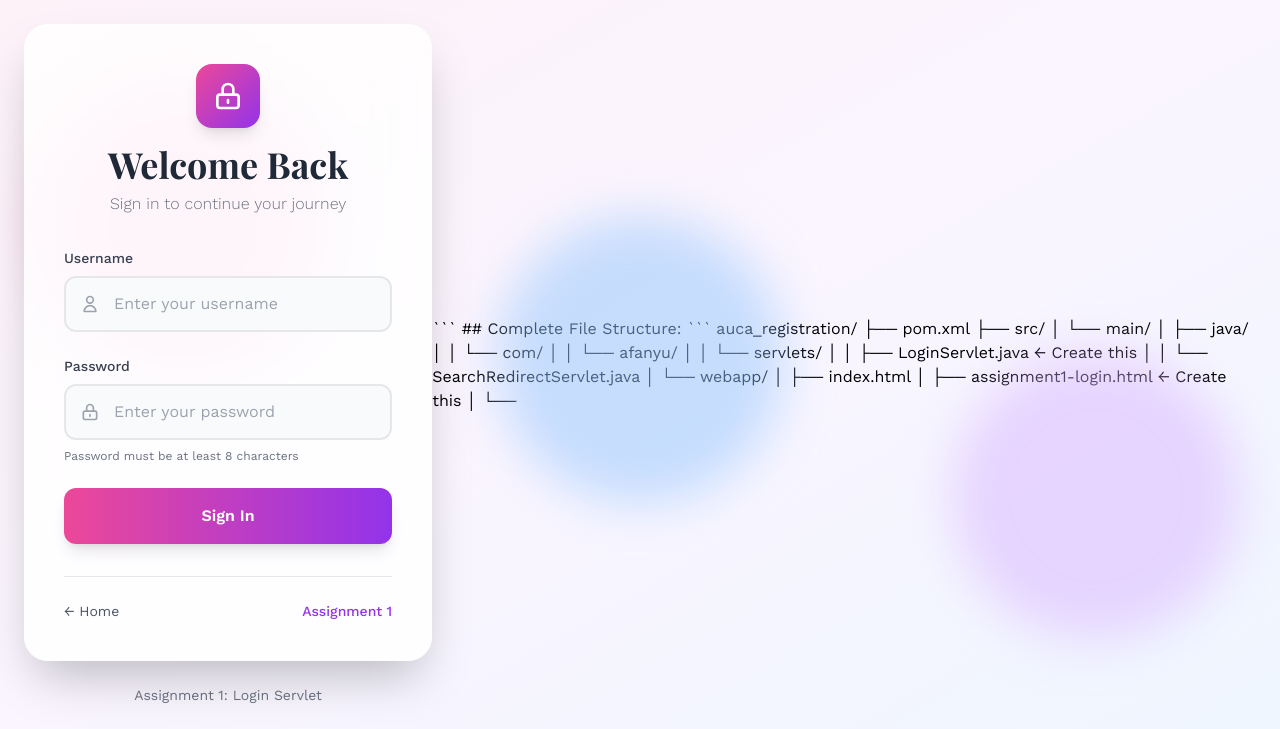
Repository: NuyuIkirezi/web-tech-ass2
Page: src/main/webapp/assignment1-login.html
These files come from the project's save history. The page is drawn as it stood at one moment and after the next save; the edit follows.
The browser window is 1280 px wide. The pictures show the whole page.
Some web libraries are served in a nearby version.

Above is the page before, as saved 2026-02-02 12:54:55.

### src/main/webapp/assignment1-login.html
<!DOCTYPE html>
<html lang="en">
<head>
    <meta charset="UTF-8">
    <meta name="viewport" content="width=device-width, initial-scale=1.0">
    <title>Login - Assignment 1</title>
    <script src="https://cdn.tailwindcss.com"></script>
    <link rel="preconnect" href="https://fonts.googleapis.com">
    <link rel="preconnect" href="https://fonts.gstatic.com" crossorigin>
    <link href="https://fonts.googleapis.com/css2?family=Playfair+Display:wght@700;900&family=Work+Sans:wght@300;400;500;600&display=swap" rel="stylesheet">
    <style>
        body {
            font-family: 'Work Sans', sans-serif;
        }
        h1, h2 {
            font-family: 'Playfair Display', serif;
        }
        .gradient-border {
            background: linear-gradient(white, white) padding-box,
                        linear-gradient(135deg, #ec4899, #8b5cf6) border-box;
            border: 2px solid transparent;
        }
    </style>
</head>
<body class="min-h-screen bg-gradient-to-br from-pink-50 via-purple-50 to-blue-50 flex items-center justify-center p-6">

    <!-- Animated background elements -->
    <div class="fixed inset-0 overflow-hidden pointer-events-none">
        <div class="absolute top-20 left-10 w-72 h-72 bg-pink-300 rounded-full mix-blend-multiply filter blur-xl opacity-20 animate-pulse"></div>
        <div class="absolute bottom-20 right-10 w-72 h-72 bg-purple-300 rounded-full mix-blend-multiply filter blur-xl opacity-20 animate-pulse delay-700"></div>
        <div class="absolute top-1/2 left-1/2 transform -translate-x-1/2 -translate-y-1/2 w-72 h-72 bg-blue-300 rounded-full mix-blend-multiply filter blur-xl opacity-20 animate-pulse delay-500"></div>
    </div>

    <div class="relative w-full max-w-md">
        <!-- Main login card -->
        <div class="bg-white/80 backdrop-blur-xl rounded-3xl shadow-2xl p-8 md:p-10 transform transition-all duration-500 hover:shadow-pink-200/50">

            <!-- Header -->
            <div class="text-center mb-8">
                <div class="inline-flex items-center justify-center w-16 h-16 bg-gradient-to-br from-pink-500 to-purple-600 rounded-2xl mb-4 shadow-lg">
                    <svg class="w-8 h-8 text-white" fill="none" stroke="currentColor" viewBox="0 0 24 24">
                        <path stroke-linecap="round" stroke-linejoin="round" stroke-width="2" d="M12 15v2m-6 4h12a2 2 0 002-2v-6a2 2 0 00-2-2H6a2 2 0 00-2 2v6a2 2 0 002 2zm10-10V7a4 4 0 00-8 0v4h8z"/>
                    </svg>
                </div>
                <h1 class="text-4xl font-bold text-gray-800 mb-2">Welcome Back</h1>
                <p class="text-gray-500 font-light">Sign in to continue your journey</p>
            </div>

            <!-- Login Form -->
            <form action="LoginServlet" method="post" class="space-y-6">

                <!-- Username Field -->
                <div class="group">
                    <label for="username" class="block text-sm font-medium text-gray-700 mb-2 transition-colors group-focus-within:text-purple-600">
                        Username
                    </label>
                    <div class="relative">
                        <div class="absolute inset-y-0 left-0 pl-4 flex items-center pointer-events-none">
                            <svg class="h-5 w-5 text-gray-400 group-focus-within:text-purple-500 transition-colors" fill="none" stroke="currentColor" viewBox="0 0 24 24">
                                <path stroke-linecap="round" stroke-linejoin="round" stroke-width="2" d="M16 7a4 4 0 11-8 0 4 4 0 018 0zM12 14a7 7 0 00-7 7h14a7 7 0 00-7-7z"/>
                            </svg>
                        </div>
                        <input
                            type="text"
                            id="username"
                            name="username"
                            required
                            class="w-full pl-12 pr-4 py-3.5 bg-gray-50 border-2 border-gray-200 rounded-xl text-gray-900 placeholder-gray-400 focus:outline-none focus:border-purple-500 focus:bg-white transition-all duration-200"
                            placeholder="Enter your username"
                        >
                    </div>
                </div>

                <!-- Password Field -->
                <div class="group">
                    <label for="password" class="block text-sm font-medium text-gray-700 mb-2 transition-colors group-focus-within:text-purple-600">
                        Password
                    </label>
                    <div class="relative">
                        <div class="absolute inset-y-0 left-0 pl-4 flex items-center pointer-events-none">
                            <svg class="h-5 w-5 text-gray-400 group-focus-within:text-purple-500 transition-colors" fill="none" stroke="currentColor" viewBox="0 0 24 24">
                                <path stroke-linecap="round" stroke-linejoin="round" stroke-width="2" d="M12 15v2m-6 4h12a2 2 0 002-2v-6a2 2 0 00-2-2H6a2 2 0 00-2 2v6a2 2 0 002 2zm10-10V7a4 4 0 00-8 0v4h8z"/>
                            </svg>
                        </div>
                        <input
                            type="password"
                            id="password"
                            name="password"
                            required
                            class="w-full pl-12 pr-4 py-3.5 bg-gray-50 border-2 border-gray-200 rounded-xl text-gray-900 placeholder-gray-400 focus:outline-none focus:border-purple-500 focus:bg-white transition-all duration-200"
                            placeholder="Enter your password"
                        >
                    </div>
                    <p class="mt-2 text-xs text-gray-500">Password must be at least 8 characters</p>
                </div>

                <!-- Submit Button -->
                <button
                    type="submit"
                    class="w-full bg-gradient-to-r from-pink-500 to-purple-600 text-white font-semibold py-4 px-6 rounded-xl shadow-lg hover:shadow-xl hover:from-pink-600 hover:to-purple-700 transform transition-all duration-200 hover:scale-[1.02] active:scale-[0.98] focus:outline-none focus:ring-4 focus:ring-purple-300"
                >
                    Sign In
                </button>

            </form>

            <!-- Footer Links -->
            <div class="mt-8 pt-6 border-t border-gray-200">
                <div class="flex items-center justify-between text-sm">
                    <a href="index.html" class="text-gray-600 hover:text-purple-600 transition-colors">← Home</a>
                    <a href="#" class="text-purple-600 hover:text-purple-700 font-medium transition-colors">Assignment 1</a>
                </div>
            </div>

        </div>

        <!-- Decorative element -->
        <div class="mt-6 text-center">
            <p class="text-sm text-gray-500">Assignment 1: Login Servlet</p>
        </div>
    </div>

</body>
</html>
```

## Complete File Structure:
```
auca_registration/
├── pom.xml
├── src/
│   └── main/
│       ├── java/
│       │   └── com/
│       │       └── afanyu/
│       │           └── servlets/
│       │               ├── LoginServlet.java ← Create this
│       │               └── SearchRedirectServlet.java
│       └── webapp/
│           ├── index.html
│           ├── assignment1-login.html ← Create this
│           └──

After the next save:
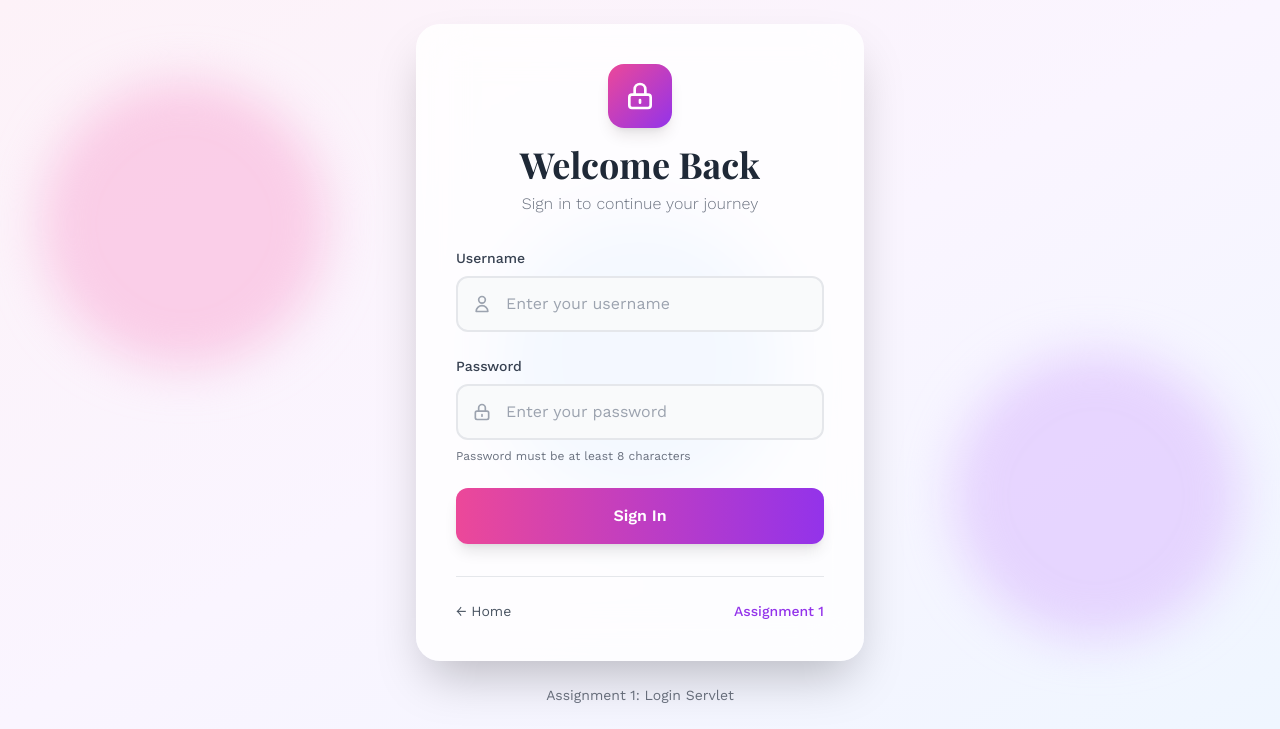
Saved 1 s later.
--- a/src/main/webapp/assignment1-login.html
+++ b/src/main/webapp/assignment1-login.html
@@ -122,21 +122,3 @@
 
 </body>
 </html>
-```
-
-## Complete File Structure:
-```
-auca_registration/
-├── pom.xml
-├── src/
-│   └── main/
-│       ├── java/
-│       │   └── com/
-│       │       └── afanyu/
-│       │           └── servlets/
-│       │               ├── LoginServlet.java ← Create this
-│       │               └── SearchRedirectServlet.java
-│       └── webapp/
-│           ├── index.html
-│           ├── assignment1-login.html ← Create this
-│           └──
